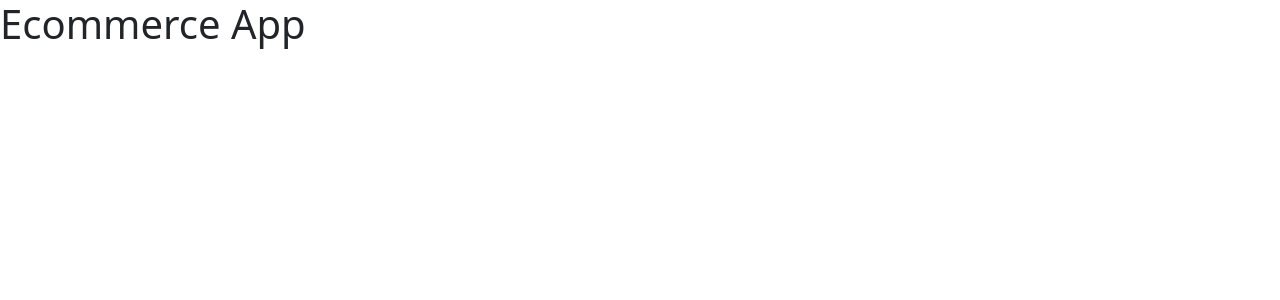
Repository: Abhi2359/SaleXpress
Page: / (app in client/)
The author's editor kept a copy of each file at every save. The page is drawn from the files as they stood at one save, then again after a run of saves.
The browser window is 1280 px wide. The pictures show the whole page.
The project was rebuilt for these pictures with package versions that can differ from the ones it lists, and the page was loaded fresh each time. Also part of the build but not shown: client/vite.config.js, client/src/App.css.

Above is the page before, as saved 2023-05-08 18:15:25.

### client/index.html
<!DOCTYPE html>
<html lang="en">
  <head>
    <meta charset="UTF-8" />
    <link href="https://cdn.jsdelivr.net/npm/bootstrap@5.3.0-alpha3/dist/css/bootstrap.min.css" rel="stylesheet" integrity="sha384-KK94CHFLLe+nY2dmCWGMq91rCGa5gtU4mk92HdvYe+M/SXH301p5ILy+dN9+nJOZ" crossorigin="anonymous">
    <meta name="viewport" content="width=device-width, initial-scale=1.0" />
    <title>SaleXpress</title>
  </head>
  <body>
    <div id="root"></div>
    <script src="https://cdn.jsdelivr.net/npm/bootstrap@5.3.0-alpha3/dist/js/bootstrap.bundle.min.js" integrity="sha384-ENjdO4Dr2bkBIFxQpeoTz1HIcje39Wm4jDKdf19U8gI4ddQ3GYNS7NTKfAdVQSZe" crossorigin="anonymous"></script>
    <script type="module" src="/src/main.jsx"></script>
  </body>
</html>

### client/src/App.jsx
import { useState } from 'react'


import './App.css'
import Layout from './components/Layout/Layout'
function App() {

  return (
    <>
     <h1>Ecommerce App</h1>
    </>
  )
}

export default App

### client/src/index.css

@import url('https://fonts.googleapis.com/css2?family=Heebo:wght@600&family=Kumbh+Sans:wght@800&family=Playfair+Display:wght@700&family=Poppins:ital,wght@0,300;0,400;0,500;1,300;1,600&display=swap');


*{
    margin: 0;
    padding: 0;
    box-sizing: border-box;
}

/* font-family: 'Poppins', sans-serif; */
/* font-family: 'Playfair Display', serif; */

### client/src/components/Layout/Layout.jsx
import React from 'react'

const Layout = () => {
  return (
    <div>
        <h1>Lauyout</h1>
    </div>
  )
}

export default Layout

Loaded but not shown: client/src/main.jsx (common file)

After the next 3 saves:
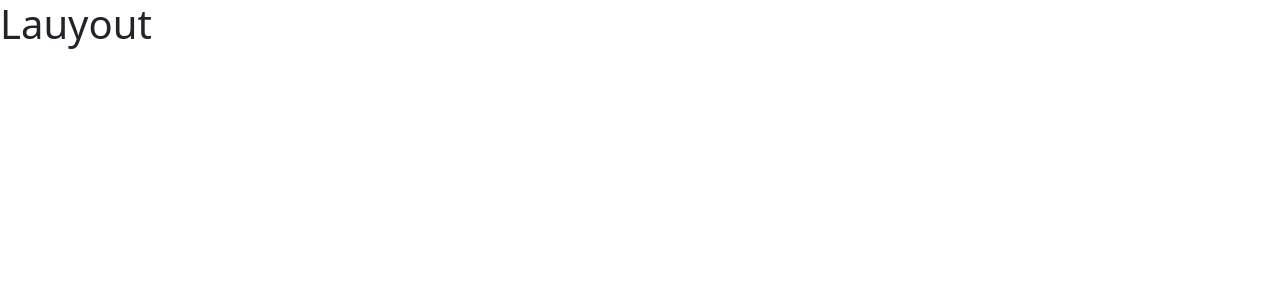
The 3 saves are shown as one change because 1 did not build or start and some came seconds apart.
The last was saved 25 s later.
--- a/client/src/App.jsx
+++ b/client/src/App.jsx
@@ -7,7 +7,10 @@
 
   return (
     <>
+    <Layout>
+
      <h1>Ecommerce App</h1>
+    </Layout>
     </>
   )
 }
